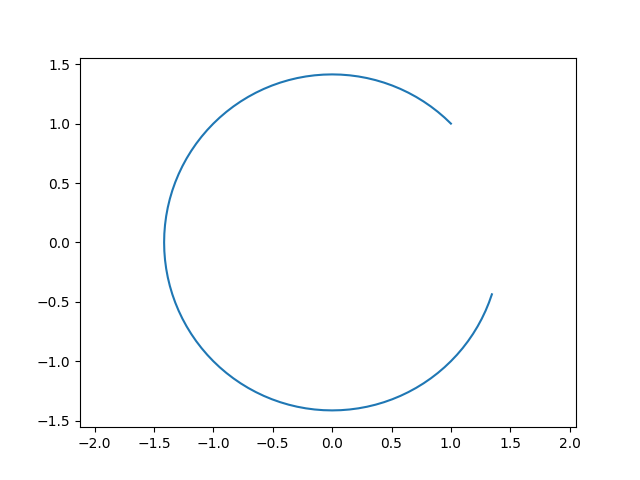
Repository: lbylzkx/Circle-Point-Manuscript
Script's output: python draw_flower_test.py
An editor plug-in stored every save of this project. The script's output is shown before and after the next save, followed by the edit.
Random numbers start from a fixed seed.

Above is the script's output before, as saved 2023-09-20 09:52:47.

After the next save:
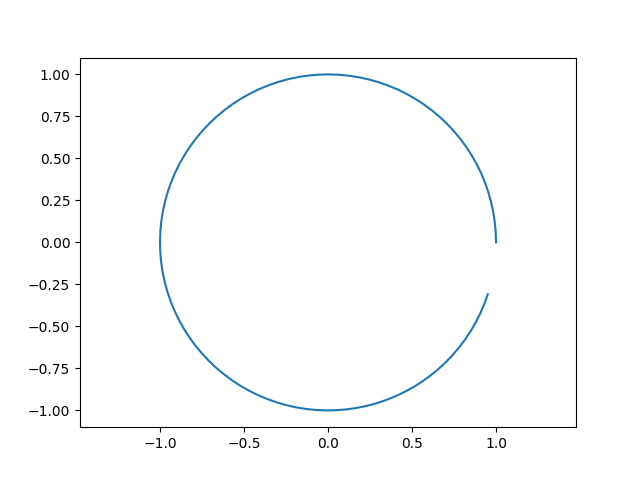
Saved 19 s later.
--- a/draw_arc.py
+++ b/draw_arc.py
@@ -31,6 +31,6 @@ def arc(center, point1, point2):
 # 示例
 # draw_arc((1, 1), (2, 1), (1, 0))
 # draw_arc((1, 1), (1, 0), (2, 1))
-arc((0, 0), (1, 1), (np.cos(1.9*np.pi), np.sin(1.9*np.pi)))
+arc((0, 0), (1, 0), (np.cos(1.9*np.pi), np.sin(1.9*np.pi)))
 plt.axis('equal')
 plt.show()
